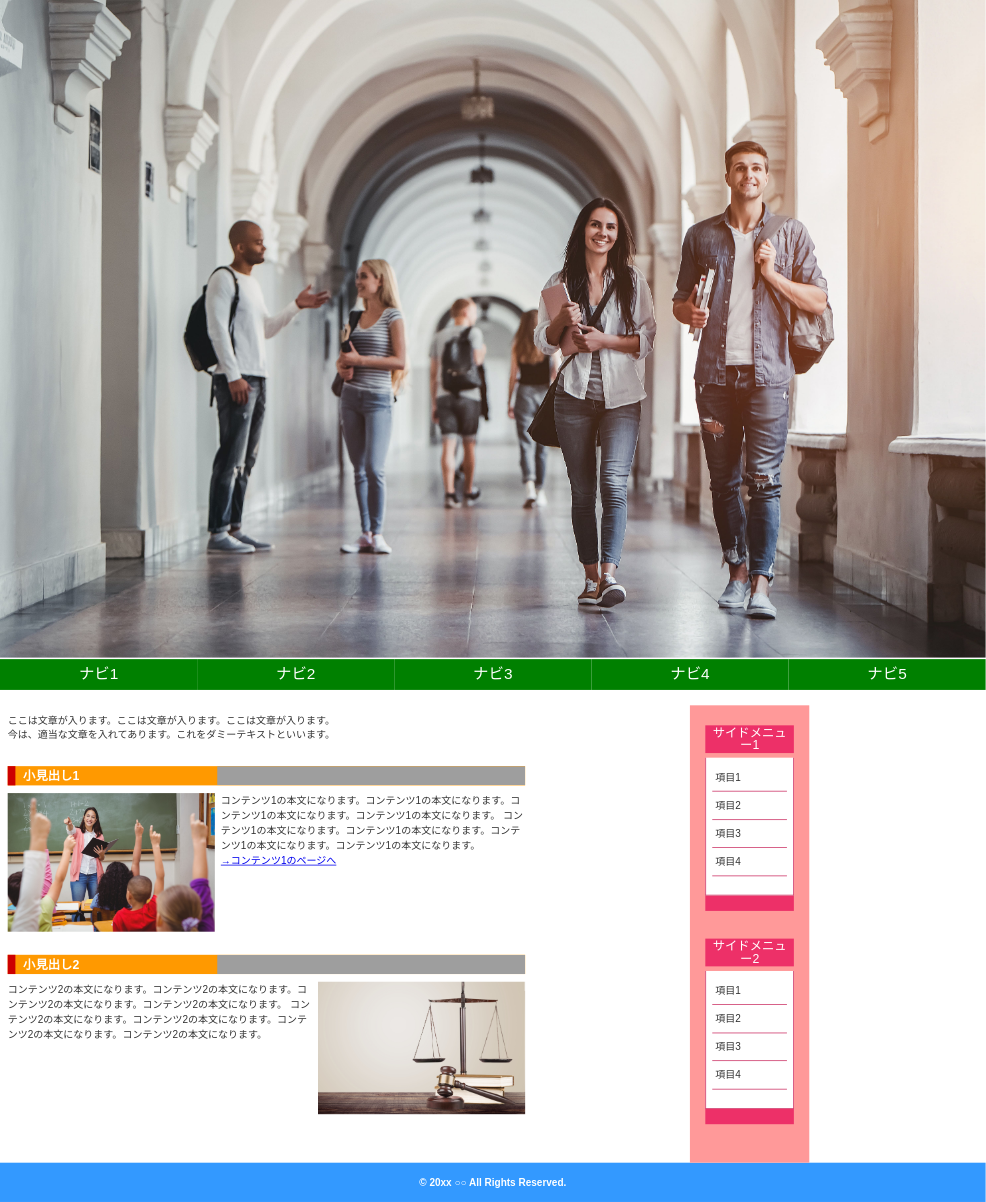
Repository: KubotaAtsushi/samurai_HTML-CSS
Page: http://localhost/
The author's editor kept a record of every edit. The page is drawn from the files as they stood at one moment, then again after the next edit.
The browser window is 1280 px wide. The pictures show the whole page, at 77% of full size.
Pictures or frames that could not be fetched are drawn as grey boxes. The page is run by PHP 8.4 with error messages shown; the project is at /var/www/html/.

Above is the page before.

### index.html
<!DOCTYPE html>
<html lang="ja">
    <head>
        <meta charset="UTF-8">
        <title>HTML/CSSの学習</title>
        <link rel="stylesheet" href="stylesheet.css">
    </head>
    <body>
        <div id="header">
            <h1><a href="index.html"><img id="corridor" src="images/corridor.jpg" alt="大学の廊下" /></a></h1>
        </div>
        <div id="wrapper">
            <div id="nav">
                <ul>
                    <li><a href="home.html">ナビ1</a></li>
                    <li><a href="#">ナビ2</a></li>
                    <li><a href="#">ナビ3</a></li>
                    <li><a href="#">ナビ4</a></li>
                    <li><a href="#">ナビ5</a></li>
                </ul>
            </div>
            <div id="container">
                <div id="main">
                    <div class="post">
                        <p>ここは文章が入ります。ここは文章が入ります。ここは文章が入ります。<br />今は、適当な文章を入れてあります。これをダミーテキストといいます。</p>
                    </div>
                    <div class="post clearfix">
                        <h2>小見出し1</h2>
                        <img class="left" src="images/classroom.jpg" alt="授業風景" />
                        <p>
                            コンテンツ1の本文になります。コンテンツ1の本文になります。コンテンツ1の本文になります。コンテンツ1の本文になります。
                            コンテンツ1の本文になります。コンテンツ1の本文になります。コンテンツ1の本文になります。コンテンツ1の本文になります。
                        </p>
                        <p><a href="#">→コンテンツ1のページへ</a></p>
                    </div>
                    <div class="post clearfix">
                        <h2>小見出し2</h2>
                        <img class="right" src="images/scale.jpg" alt="天秤" />
                        <p>
                            コンテンツ2の本文になります。コンテンツ2の本文になります。コンテンツ2の本文になります。コンテンツ2の本文になります。
                            コンテンツ2の本文になります。コンテンツ2の本文になります。コンテンツ2の本文になります。コンテンツ2の本文になります。
                        </p>
                    </div>
                </div>
                <div id="side">
                    <div class="box">
                        <h2>サイドメニュー1</h2>
                        <div class="boxBody">
                            <ul>
                                <li>項目1</li>
                                <li>項目2</li>
                                <li>項目3</li>
                                <li>項目4</li>
                            </ul>
                        </div>
                    </div>
                    <div class="box">
                        <h2>サイドメニュー2</h2>
                        <div class="boxBody">
                            <ul>
                                <li>項目1</li>
                                <li>項目2</li>
                                <li>項目3</li>
                                <li>項目4</li>
                            </ul>
                        </div>
                    </div>
                </div>
            </div>
        </div>
        <div id="footer">
            <p>&copy; 20xx ○○ All Rights Reserved.</p>
        </div>
    </body>
</html>

### stylesheet.css
@charset "utf-8";

body {
	margin: 0;
	padding: 0;
	font-family: "ヒラギノ角ゴ Pro W3", "Hiragino Kaku Gothic Pro", "メイリオ", Meiryo, Osaka, "ＭＳ Ｐゴシック", "MS PGothic", sans-serif;
	color: #333;
	font-size: 13px;
	line-height: 150%;
}

/* -------------------- wrapper -------------------- */
#wrapper {
	width: 100%;
	margin: auto;
	padding: 0px;
	border: 0px;
	background-color: #FFF;
	top: 10px;
}

/* -------------------- header -------------------- */
#header {
	width: 100%;
}
#header h1 {
	margin: 0;
	padding: 0;
}

#corridor {
	width: 100%;
	height: auto;
}

/* -------------------- footer -------------------- */
#footer {
	clear: both;
	width: 100%;
	padding: 3px 0 3px 0;
	background: #39F;
	color: #FFF;
	font-weight: bold;
	text-align: center;
}

/* -------------------- nav -------------------- */
#nav {
	width: 100%;
}
#nav ul {
	display: flex;
	margin: 0;
	padding: 0;
	list-style-type: none;
}
#nav ul li {
	width: 20%;
	text-align: center;
}
#nav ul li a {
	display: block;
	height: 20px;
	margin: 0;
	padding: 10px;
	color: #FFF;
	font-size: 20px;
	text-decoration: none;
	background-color: green;
}

#nav ul li a:hover {
	filter: drop-shadow(10px 10px 10px black);
}

/* -------------------- container -------------------- */
#container {
	width: 100%;
	margin: auto ;
	padding: auto;
	padding-top: 20px;
	clear: both;
	display: grid;
	grid-template-columns: 70vw 30vw;
}
/* -------------------- main -------------------- */
#main {
	width: 75%;
	padding: 10px 30px 10px 10px;
}
#main h2 {
	margin: 0 0 10px 0;
	padding: 3px 10px 3px 10px;
	color: #FFF;
	font-size: 16px;
	border-left: solid 10px #C00;
	background: #F90 url(../images/main_h2.jpg) right top repeat-y;
}
#main p {
	margin: 0;
	padding: 0;
}
#main .post {
	margin: 0 0 30px 0;
}

#main .post img.right {
	margin: 0 0 0 8px;
}
#main .post img.left {
	margin: 0 8px 0 0;
}

.right {
	float: right;
	width: 40%;
	height: auto;
}
.left {
	float: left;
	width: 40%;
	height: auto;
}

/* -------------------- clearfix -------------------- */
.clearfix {
	zoom: 1;
}
.clearfix:after{
	content: "";
	display: block;
	clear: both;
}

/* -------------------- side -------------------- */
#side {
	width: 30%;
	padding: 20px;
	background-color: #F99;
}
#side .box {
	margin: 0 auto 30px auto;
	padding: 0 0 20px 0;
	background: url(images/side_box.png) bottom no-repeat;
}
#side .box h2 {
	margin: 0;
	padding: 8px;
	text-align: center;
	color: #fff;
	font-size: 16px;
	line-height: 16px;
	font-weight: normal;
	background: url(images/side_box_h2.png) center no-repeat;
}
#side .box .boxBody {
	padding: 8px;
	border-right: solid 1px #C36;
	border-bottom: solid 1px #C36;
	border-left: solid 1px #C36;
	background: #fff;
}
#side .box .boxBody ul {
	margin: 0 0 16px 0;
	padding: 0;
}
#side .box .boxBody ul li {
	padding: 8px 0 8px 4px;
	list-style: none;
	border-bottom: solid 1px #C36;
}

#side .box .boxBody ul li:hover {
	padding: 8px 0 8px 4px;
	list-style: none;
	border-bottom: solid 1px #C36;
	box-shadow: 0px 4px 4px rgba(0, 0, 0, 0.3);

After the next edit:
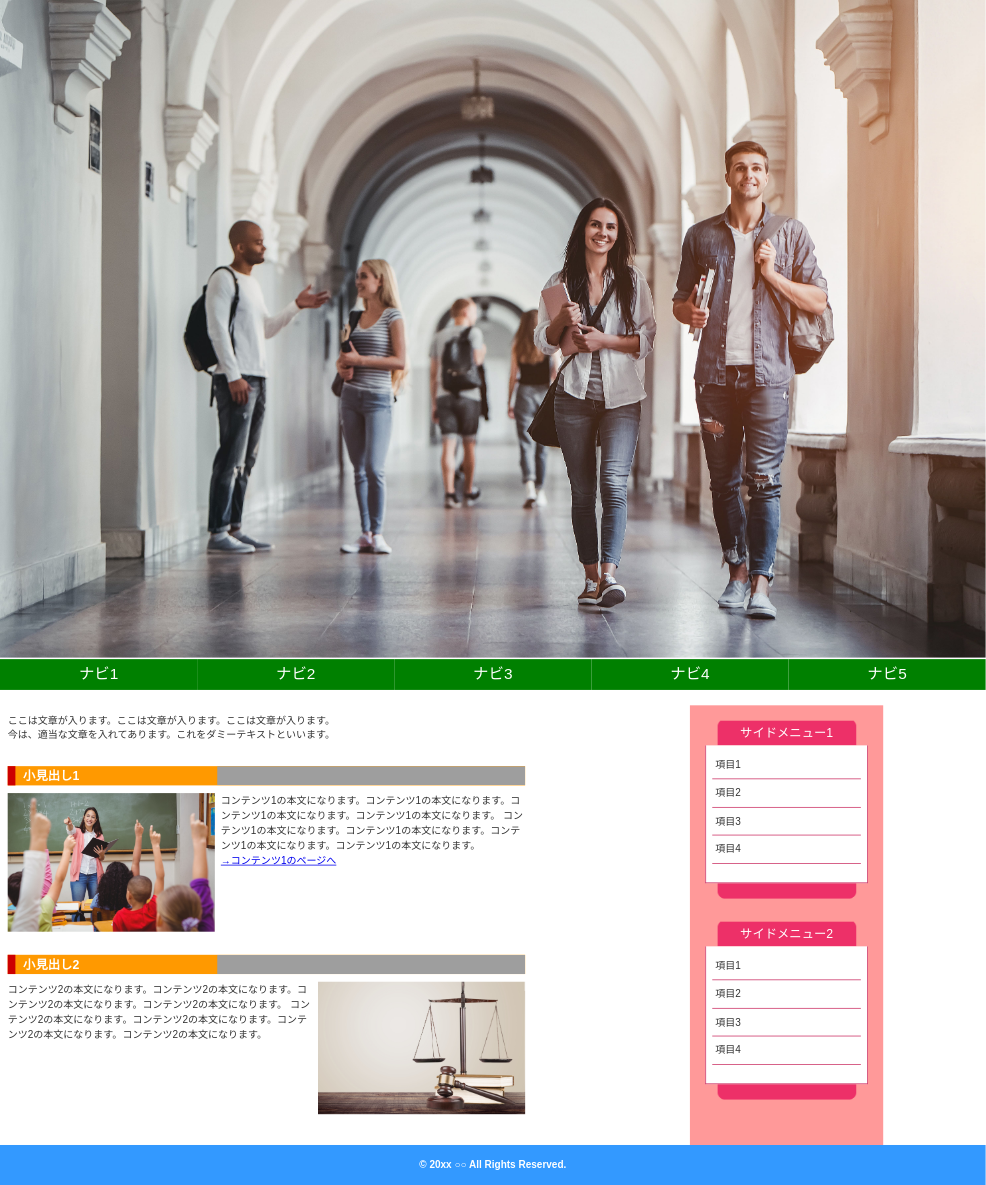
The edit:
--- a/stylesheet.css
+++ b/stylesheet.css
@@ -134,7 +134,7 @@
 
 /* -------------------- side -------------------- */
 #side {
-	width: 30%;
+	width: 55%;
 	padding: 20px;
 	background-color: #F99;
 }
